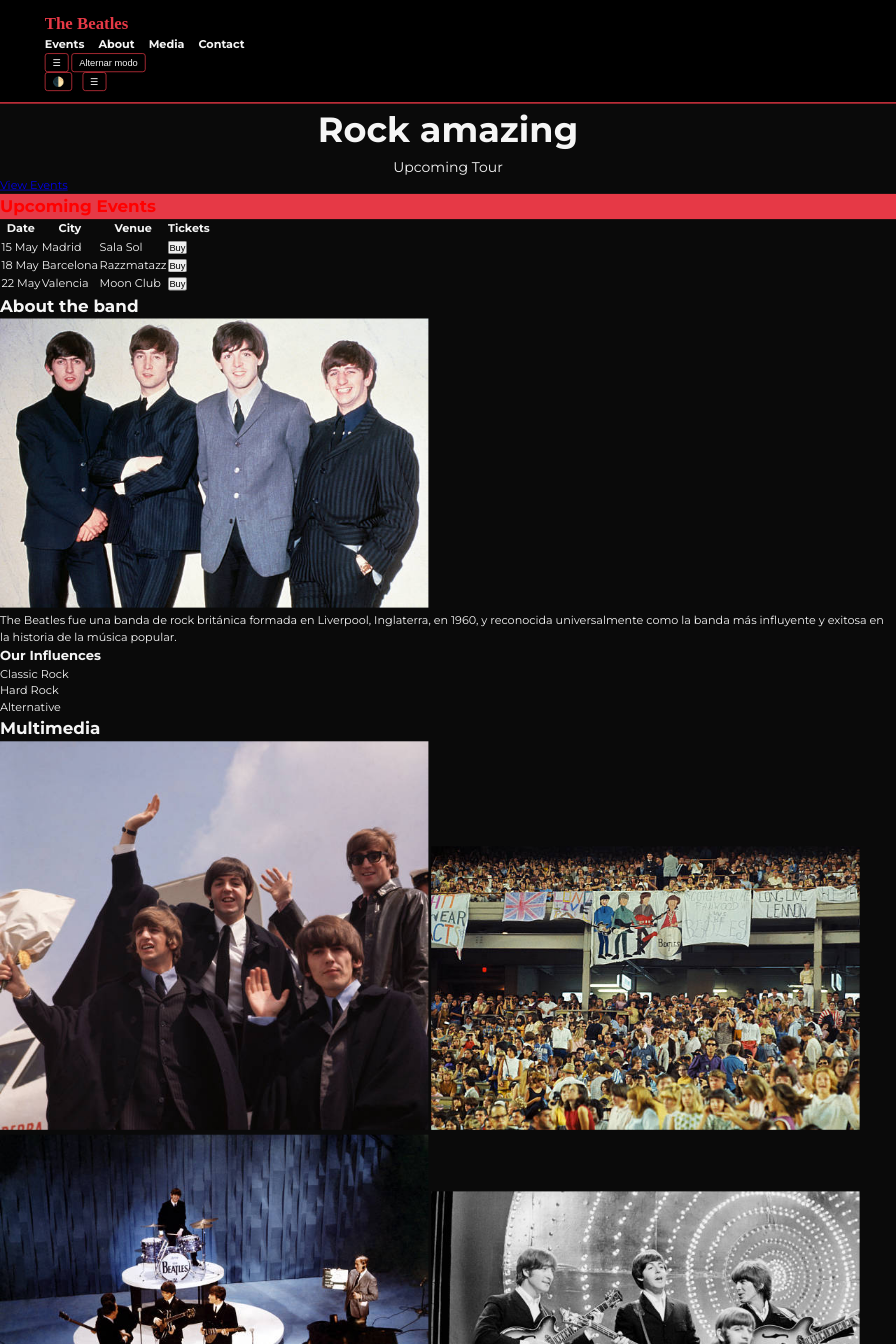
Repository: keiner-dev/Prueba_Desempe-o
Page: index.html
The author's editor kept a copy of each file at every save. The page is drawn from the files as they stood at one save, then again after a run of saves.
The browser window is 1280 px wide. The pictures show the part of the page from y = 0 to 1920 px (the page is 2628 px tall), at 70% of full size.
Some web fonts or font styles are not loaded; a fallback is used.

Above is the page before, as saved 2026-04-27 14:24:04.

### index.html
<!DOCTYPE html>
<html lang="en">
<head>
    <meta charset="UTF-8">
    <meta name="viewport" content="width=device-width, initial-scale=1.0">
    <title>The Beatles</title>
    <link href="https://fonts.googleapis.com/css2?family=Montserrat:wght@400;700;900&family=Rock+Salt&display=swap" rel="stylesheet">
    <link rel="stylesheet" href="styles.css">
    <script src="script.js"></script>
</head>
<body>
    <header class="header">
        <div class="container_header__inner">
            <div class="logo">
                <span class="logo">The Beatles</span>
        </div>
            </div>

            <nav class="nav">
            <nav class="nav" id="main-nav">
                <ul class="nav_list">
                    <li><a href="#events">Events</a></li>
                    <li><a href="#about">About</a></li>
                    <li><a href="#media">Media</a></li>
                    <li><a href="#contact">Contact</a></li>
                </ul>
            </nav>

            <button class="menu-toggle">☰</button>
            <button class="alternarModo">Alternar modo</button>
            <div class="header_actions">
                <button class="alternarModo" aria-label="Toggle Theme">🌓</button>
                <button class="menu-toggle" id="mobile-menu-btn">☰</button>
            </div>
        </div>
    </header>

    <main>
        <!--hero-->
        <section class="hero">
            <div class="hero_overlay">
                <h2>Rock amazing</h2>
                <p>Upcoming Tour</p>
                <a href="#events" class="btn">View Events</a>
            </div>
        </section>

        <section id="events" class="events_container">
            <h2>Upcoming Events</h2>

            <table class="events__table">
                <thead>
                    <tr>
                        <th>Date</th>
                        <th>City</th>
                        <th>Venue</th>
                        <th>Tickets</th>
                    </tr>
                </thead>
                <tbody>
                    <tr>
                        <td>15 May</td>
                        <td>Madrid</td>
                        <td>Sala Sol</td>
                        <td><button>Buy</button></td>
                    </tr>
                    <tr>
                        <td>18 May</td>
                        <td>Barcelona</td>
                        <td>Razzmatazz</td>
                        <td><button>Buy</button></td>
                    </tr>
                    <tr>
                        <td>22 May</td>
                        <td>Valencia</td>
                        <td>Moon Club</td>
                        <td><button>Buy</button></td>
                    </tr>
                </tbody>
            </table>
        </section>

        <!--About-->
        <section id="about" class="about_container">
        <section id="about" class="about_container reveal">
            <h2>About the band</h2>

            <div class="about_content">
                <img src="./assets/img/beatles.jpg" alt="the beatles">

                <article>
                    <p>
                        The Beatles fue una banda de rock británica formada en Liverpool, Inglaterra, en 1960, y reconocida universalmente como la banda más influyente y exitosa en la historia de la música popular.
                    </p>

                    <h3>Our Influences</h3>
                    <ul>
                        <li>Classic Rock</li>
                        <li>Hard Rock</li>
                        <li>Alternative</li>
                    </ul>
                </article>
            </div>
        </section>

        <!--Media-->
        <section id="media" class="media_container">
        <section id="media" class="media_container reveal">
            <h2>Multimedia</h2>

            <div class="media_grid">
                <img src="./assets/img/img-1.jpg" alt="">
                <img src="./assets/img/img-2.jpg" alt="">
                <img src="./assets/img/img-3.jpg" alt="">
                <img src="./assets/img/img-4.jpg" alt="">
                <img src="./assets/img/img-5.jpg" alt="">
                <img src="./assets/img/img-6.jpg" alt="">
            </div>
        </section>
    </main>

    <!--Footer-->
    <footer id="contact" class="footer">
        <div class="container_footer">
            <p>© <span id="year"></span> The Beatles</p>

            <ul class="social">
                <li><a href="#">Instagram</a></li>
                <li><a href="#">Youtube</a></li>
                <li><a href="#">Spotify</a></li>
            </ul>
        </div>
    </footer>
    <script src="script.js"></script>
</body>
</html>

### styles.css
/* General Variables */
:root {
    --primary-color: #e63946;
    --bg-dark: #0a0a0a;
    --bg-light: #1a1a1a;
    --text-light: #f5f5f5;
    --accent-color: #e20303;
}

* {
    margin: 0;
    padding: 0;
    box-sizing: border-box;
}

body {
    font-family: 'Montserrat', sans-serif;
    background-color: var(--bg-dark);
    color: var(--text-light);
    line-height: 1.5;
    overflow-x: hidden;
    transition: var(--transition);
}

/* Header & Nav */
.header {
    background-color: #000;
    padding: 1rem 5%;
    position: sticky;
    top: 0;
    z-index: 1000;
    border-bottom: 2px solid var(--primary-color);
}

.container_header__inner {
    display: flex;
    justify-content: space-between;
    align-items: center;
}

.logo {
    font-family: 'Rock Salt', cursive;
    font-size: 1.5rem;
    font-weight: bold;
    color: var(--primary-color);
}

.header_actions {
    display: flex;
    gap: 15px;
    align-items: center;
}

.alternarModo, .menu-toggle {
    background: none;
    border: 1px solid var(--primary-color);
    color: var(--text-light);
    padding: 5px 10px;
    cursor: pointer;
    border-radius: 4px;
}

.nav_list {
    display: flex;
    list-style: none;
    gap: 20px;
}

.nav_list a {
    text-decoration: none;
    color: var(--text-light);
    font-weight: 600;
    transition: var(--transition);
}

.nav_list a:hover {
    color: var(--accent-color);
}

.hero_overlay h2{
    font-size: 50px;
    font-weight: 30px;
    text-align: center;
}

.hero_overlay p {
    font-size: 20px;
    text-align: center;
}

.events_container h2 {
    background-color: var(--primary-color);
    color:  red;
}

### script.js
document.addEventListener('DOMContentLoaded', () => {
    // 1. Dynamic Year
    const yearSpan = document.getElementById('year');
    if (yearSpan) yearSpan.textContent = new Date().getFullYear();

    // 2. Mobile Menu Toggle
    const menuBtn = document.getElementById('mobile-menu-btn');
    const nav = document.getElementById('main-nav');

    menuBtn.addEventListener('click', () => {
        nav.classList.toggle('active');
        menuBtn.textContent = nav.classList.contains('active') ? '✕' : '☰';
    });

    // 3. Dark/Light Mode Toggle
    const modeBtn = document.querySelector('.alternarModo');
    modeBtn.addEventListener('click', () => {
        document.body.classList.toggle('light-mode');
    });

    // 4. Scroll Reveal Animation
    const reveals = document.querySelectorAll('.reveal');
    const revealOnScroll = () => {
        reveals.forEach(el => {
            const windowHeight = window.innerHeight;
            const elementTop = el.getBoundingClientRect().top;
            const elementVisible = 150;
            if (elementTop < windowHeight - elementVisible) {
                el.classList.add('active');
            }
        });
    };
    window.addEventListener('scroll', revealOnScroll);
    revealOnScroll(); // Initial check

    // 5. Buy buttons interaction
    const buyButtons = document.querySelectorAll('.events__table button');
    buyButtons.forEach(btn => btn.addEventListener('click', () => alert('Redirecting to ticket office...')));
});

After the next 2 saves:
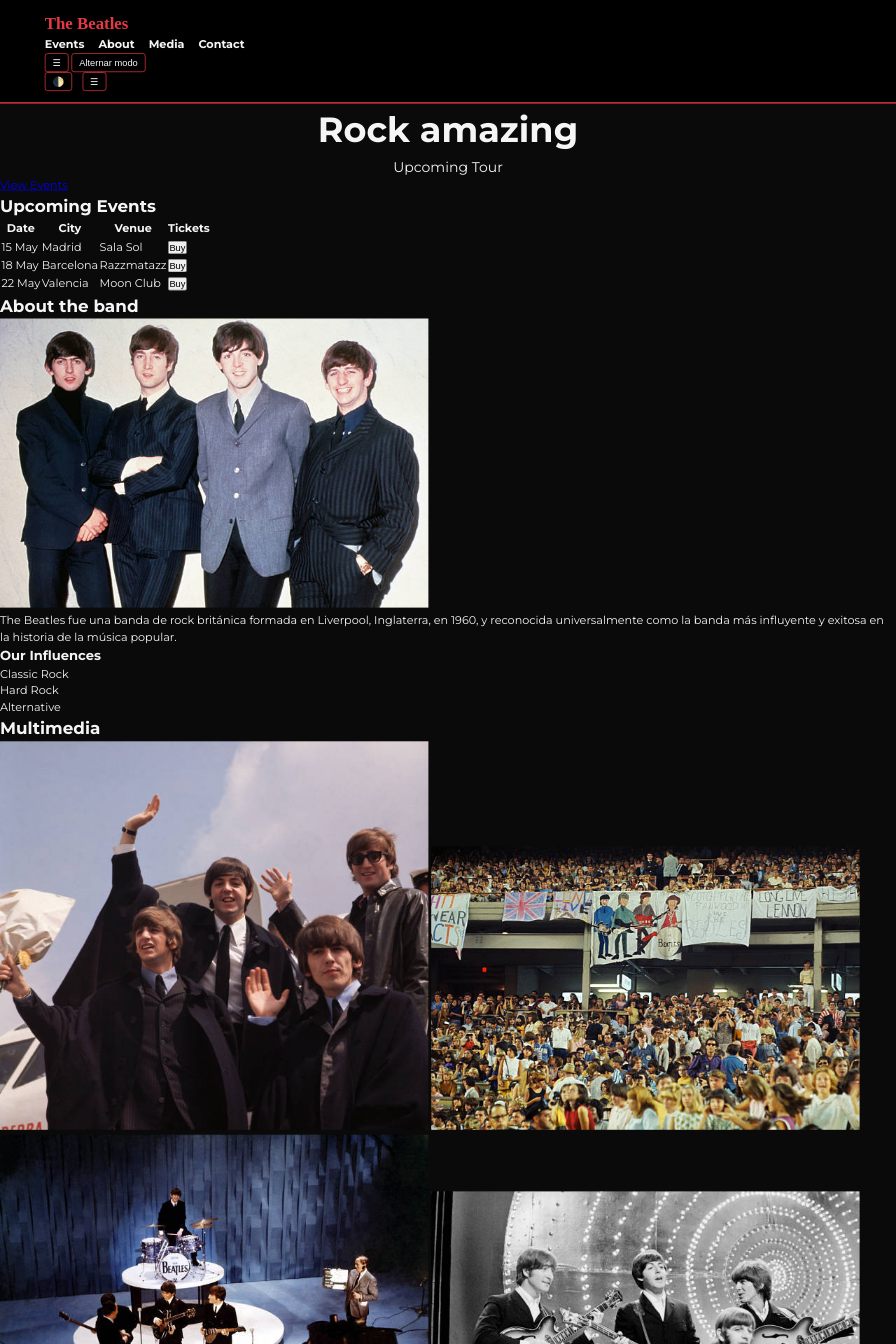
The 2 saves are shown as one change because they came seconds apart.
The last was saved 24 s later.
--- a/styles.css
+++ b/styles.css
@@ -88,7 +88,4 @@
     text-align: center;
 }
 
-.events_container h2 {
-    background-color: var(--primary-color);
-    color:  red;
-}
+hero_overlay
